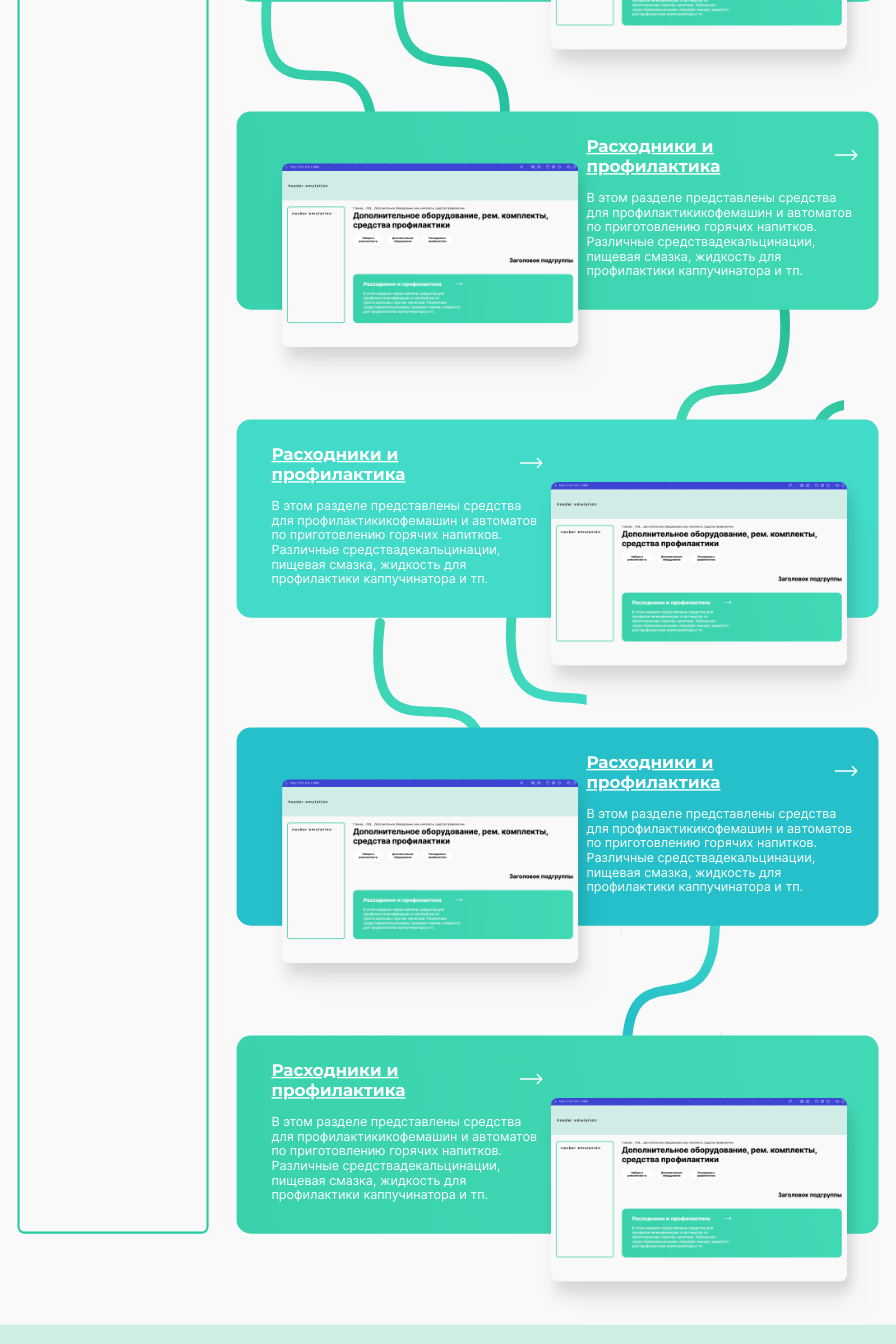
Repository: axonde/venpart-faq-pages
Page: index.html
These files come from the project's save history. The page is drawn as it stood at one moment and after the next save; the edit follows.
The browser window is 1280 px wide. The pictures show the part of the page from y = 599 to 2519 px (the page is 2635 px tall), at 70% of full size.

Above is the page before, as saved 2024-02-28 20:04:46.

After the next save:
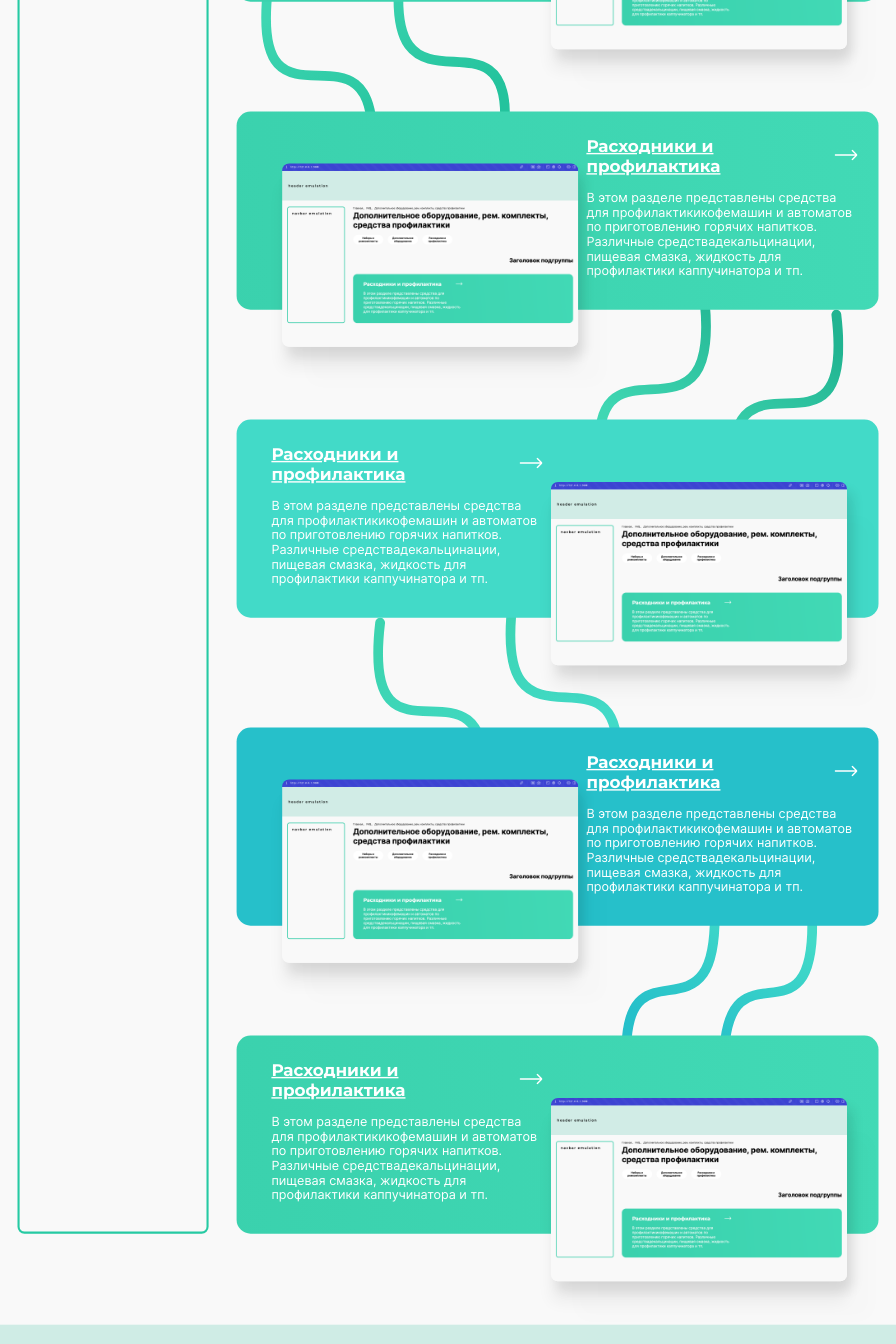
Saved 36 s later.
--- a/style.css
+++ b/style.css
@@ -575,21 +575,21 @@ scrollbar-width: none; /* Firefox */}
 .faq__item:nth-child(2n)::after {
 	/* content: url('decorations/decoration-1.svg'); */
 	background: url('decorations/decoration-2.svg');
-	width: 243px;
-	height: 248px;
+	width: 356px;
+	height: 287px;
 	top: 80%;
 	left: initial;
 	right: 50px;}
 .faq__item:nth-child(3n)::after {
 	background: url('decorations/decoration-3.svg');
-	width: 305px;
-	height: 507px;
+	width: 356px;
+	height: 287px;
 	top: 80%;
 	left: 195px;}
 .faq__item:nth-child(4n)::after {
 	background: url('decorations/decoration-4.svg');
-	width: 143px;
-	height: 248px;
+	width: 280px;
+	height: 239px;
 	top: 80%;
 	left: 60%;}
 .faq__item:last-child::after {display: none;}
